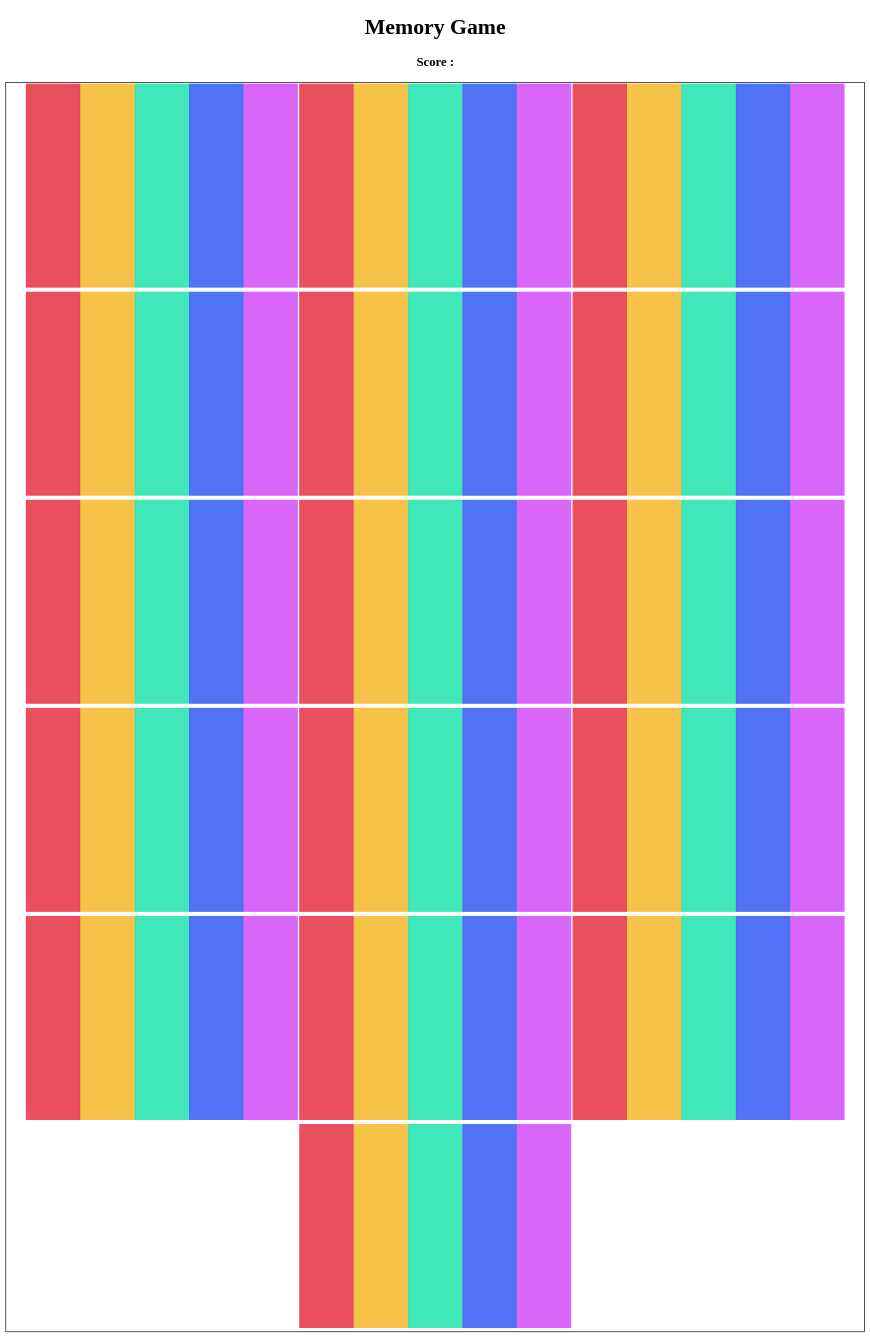
Repository: divyaravada/javascript-games
Page: memory-game/memorygame.html
An editor plug-in stored every save of this project. The page is shown before and after the next save, followed by the edit.
The browser window is 1280 px wide. The pictures show the whole page, at 68% of full size.

Above is the page before, as saved 2022-03-15 16:50:18.

After the next save:
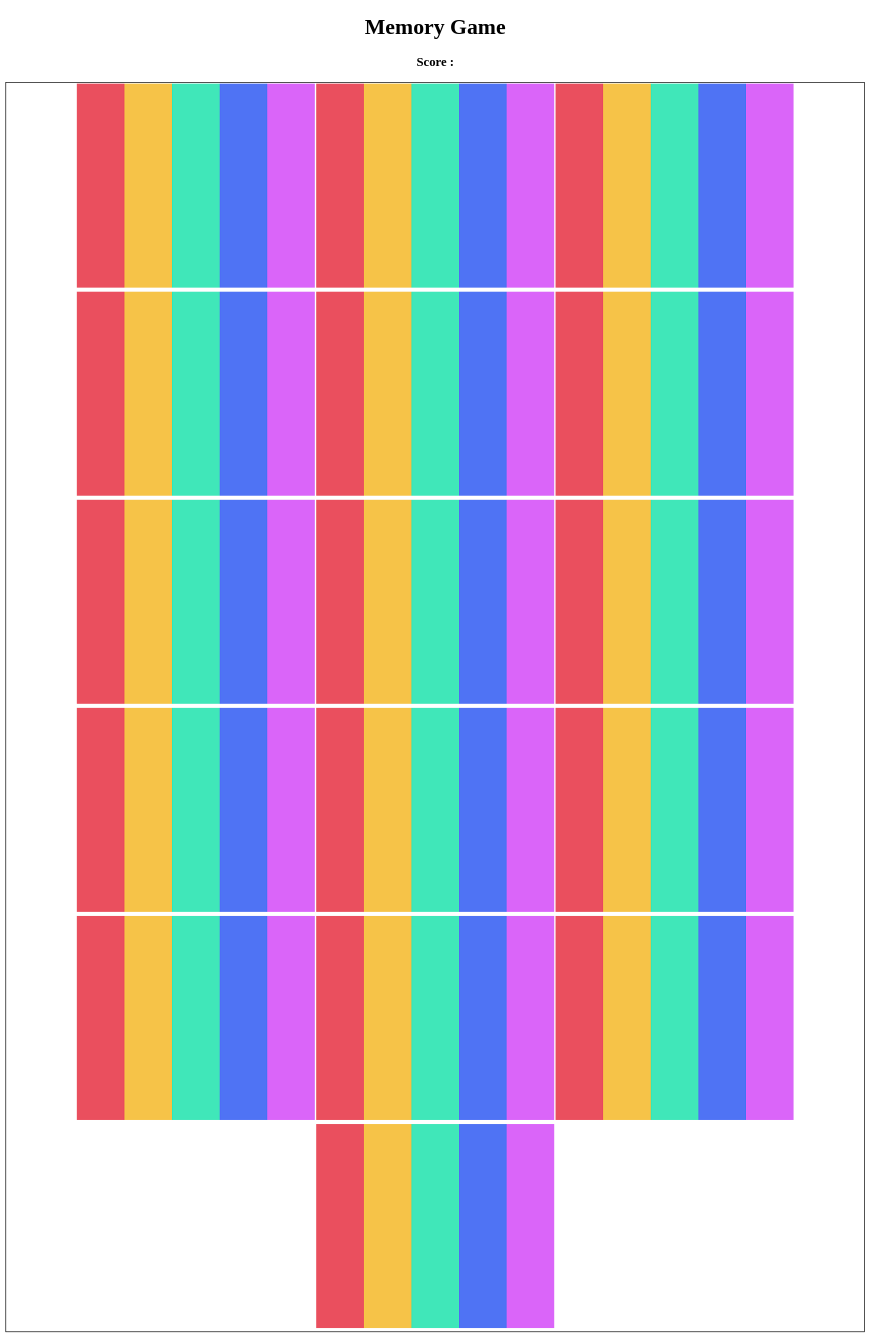
Saved 14 s later.
--- a/memory-game/memorystyle.css
+++ b/memory-game/memorystyle.css
@@ -9,7 +9,7 @@
   border: 1px solid black;
 }
 #grid img {
-  width: 400px;
+  width: 350px;
   height: 300px;
   padding: 1px 1px;
 }
